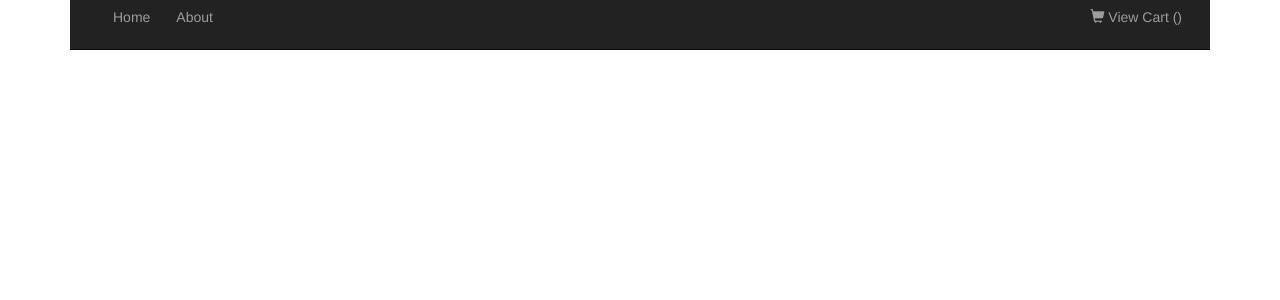
Repository: iancwwong/DigitalBibliographicalLibrary
Page: http://localhost/DigitalBibliographicLibrary/aboutpage.jsp
These files come from the project's save history. The page is drawn as it stood at one moment and after the next save; the edit follows.
The browser window is 1280 px wide. The pictures show the whole page.
The page is served by Tomcat 9.

Above is the page before, as saved 2016-08-28 01:27:44.

After the next save:
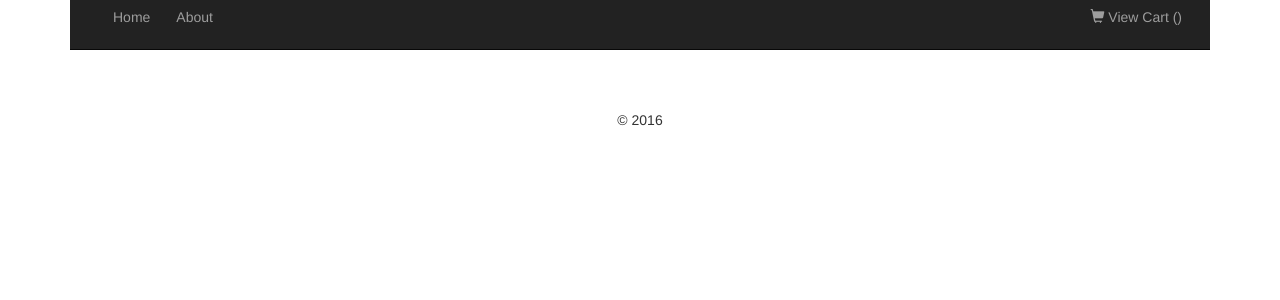
Saved 12 s later.
--- a/DigitalBibliographicLibrary/WebContent/aboutpage.jsp
+++ b/DigitalBibliographicLibrary/WebContent/aboutpage.jsp
@@ -29,6 +29,9 @@
 
 		<!-- Page Content -->
 
+		<!-- Footer -->
+		<%@ include file="include/footer.html"%>
+
 	</div>
 
 </body>
